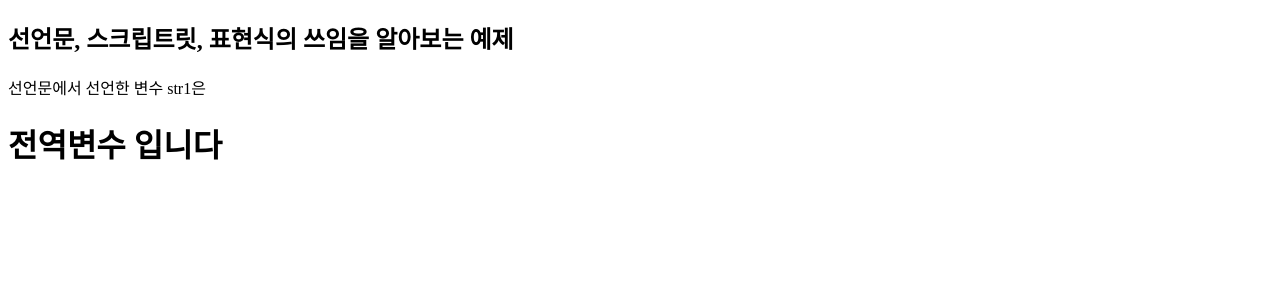
Repository: DrillND/JSP
Page: http://localhost/StudyBasicJSP/ch05/scriptTest.jsp
These files come from the project's save history. The page is drawn as it stood at one moment and after the next save; the edit follows.
The browser window is 1280 px wide. The pictures show the whole page.
The page is served by Tomcat 9. Other server files are loaded and not shown.

Above is the page before, as saved 2021-07-05 06:40:13.

### StudyBasicJSP/WebContent/ch05/scriptTest.jsp
<%@ page language="java" contentType="text/html; charset=UTF-8"
    pageEncoding="UTF-8"%>
<!DOCTYPE html>
<html>
<head>
<meta charset="UTF-8">
<title>Script 예제</title>
</head>
<body>
  <h2>선언문, 스크립트릿, 표현식의 쓰임을 알아보는 예제</h2>
  <%! //선언문 - 전역변수 선언
      String str = "<h1>전역변수 입니다</h1>";
  %>

  <%! //선언문 - 메소드 선언
      String getStr(){
	    return str;
      }
  %>

  <% //스크립트릿
     String str2 = "지역변수 입니다.";
  %>

<%--    스크립트릿에서 선언한 변수 str2는 <%=str2 %> <br> <!-- 표현식 --> --%>
   선언문에서 선언한 변수 str1은 <%=getStr()%> <!-- 표현식 -->

</body>
</html>

After the next save:
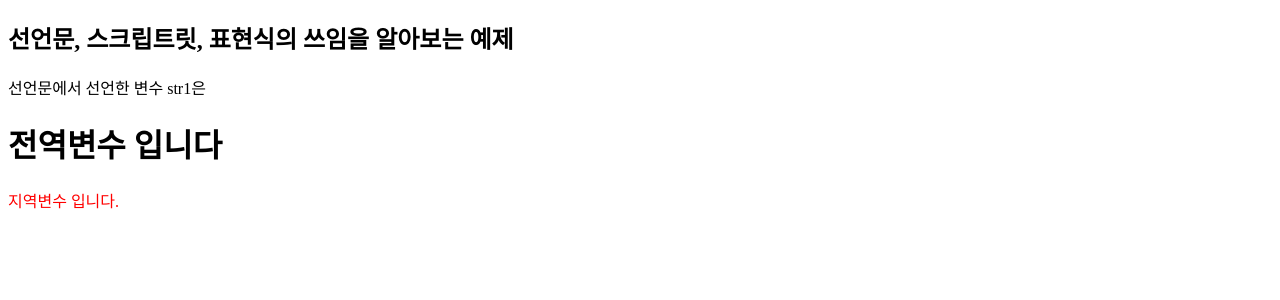
Saved 2 min 12 s later.
--- a/StudyBasicJSP/WebContent/ch05/scriptTest.jsp
+++ b/StudyBasicJSP/WebContent/ch05/scriptTest.jsp
@@ -9,7 +9,7 @@
 <body>
   <h2>선언문, 스크립트릿, 표현식의 쓰임을 알아보는 예제</h2>
   <%! //선언문 - 전역변수 선언
-      String str = "<h1>전역변수 입니다</h1>";
+      String str = "<h1>전역변수 입니다</h1>" + "<style>p {color:red;}</style>";
   %>
 
   <%! //선언문 - 메소드 선언
@@ -19,11 +19,11 @@
   %>
 
   <% //스크립트릿
-     String str2 = "지역변수 입니다.";
+     String str2 = "<p>지역변수 입니다.</p>";
   %>
 
 <%--    스크립트릿에서 선언한 변수 str2는 <%=str2 %> <br> <!-- 표현식 --> --%>
    선언문에서 선언한 변수 str1은 <%=getStr()%> <!-- 표현식 -->
-
+	<%= str2 %>
 </body>
 </html>
